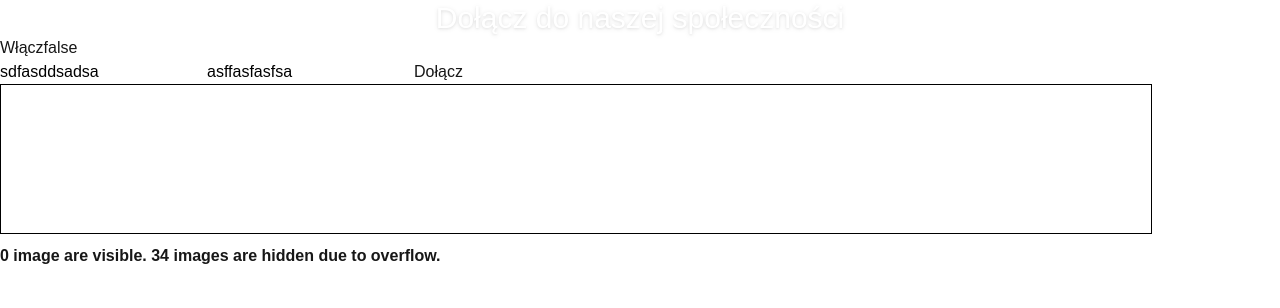
Repository: wesiudev/form-next-example
Page: /overflow-example
These files come from the project's save history. The page is drawn as it stood at one moment and after the next save; the edit follows.
The browser window is 1280 px wide. The pictures show the whole page.
The project was rebuilt for these pictures with package versions that can differ from the ones it lists, and the page was loaded fresh each time. The framework's server and built-in components were replaced by stand-ins that run in the browser. Also part of the build but not shown: next.config.mjs.

Above is the page before, as saved 2024-09-11 01:25:43.

### app/overflow-example/page.tsx
"use client";
import React, { useRef, useState, useEffect } from "react";

const OverflowingCats = () => {
  // Create a reference to the parent div
  const parentRef = useRef(null);

  // State to track how many images are hidden
  const [hiddenImages, setHiddenImages] = useState(0);
  const [visibleImages, setVisibleImages] = useState(0);

  // Array of random cat image URLs
  const catImages = [
    "https://cataas.com/cat",
    "https://cataas.com/cat",
    "https://cataas.com/cat",
    "https://cataas.com/cat",
    "https://cataas.com/cat",
    "https://cataas.com/cat",
    "https://cataas.com/cat",
    "https://cataas.com/cat",
    "https://cataas.com/cat",
    "https://cataas.com/cat",
    "https://cataas.com/cat",
    "https://cataas.com/cat",
    "https://cataas.com/cat",
    "https://cataas.com/cat",
    "https://cataas.com/cat",
    "https://cataas.com/cat",
    "https://cataas.com/cat",
    "https://cataas.com/cat",
    "https://cataas.com/cat",
    "https://cataas.com/cat",
    "https://cataas.com/cat",
    "https://cataas.com/cat",
    "https://cataas.com/cat",
    "https://cataas.com/cat",
    "https://cataas.com/cat",
    "https://cataas.com/cat",
    "https://cataas.com/cat",
    "https://cataas.com/cat",
    "https://cataas.com/cat",
    "https://cataas.com/cat",
    "https://cataas.com/cat",
    "https://cataas.com/cat",
    "https://cataas.com/cat",
    "https://cataas.com/cat",

    // Add more URLs as needed
  ];

  // Function to detect which images cause overflow
  const detectOverflow = () => {
    const parentElement: any = parentRef.current;
    if (parentElement) {
      const children: any = Array.from(parentElement.children);
      let hiddenCount = 0;
      let visibleCount = 0;

      // Loop through each image and detect if it's overflowing
      for (let i = 0; i < children.length; i++) {
        const img = children[i];

        // Check if the image's bottom or right edge is outside the parent
        if (
          img.offsetTop + img.offsetHeight > parentElement.clientHeight ||
          img.offsetLeft + img.offsetWidth > parentElement.clientWidth
        ) {
          hiddenCount = catImages.length - i;
          visibleCount = i;
          break;
        }
      }

      // If no overflow, all images are visible
      if (hiddenCount === 0) {
        visibleCount = catImages.length;
      }

      setHiddenImages(hiddenCount);
      setVisibleImages(visibleCount);
    }
  };

  // useEffect to detect overflow after rendering and when resizing
  useEffect(() => {
    detectOverflow(); // Run on mount

    // Handle window resize to recalculate
    const handleResize = () => {
      detectOverflow();
    };

    window.addEventListener("resize", handleResize);

    // Cleanup event listener on unmount
    return () => {
      window.removeEventListener("resize", handleResize);
    };
  }, []);

  return (
    <div>
      <div
        ref={parentRef}
        style={{
          width: "90%",
          height: "150px",
          overflow: "hidden",
          border: "1px solid black",
          display: "flex",
          flexWrap: "wrap",
        }}
      >
        {/* Render cat images */}
        {catImages.map((imgSrc, index) => (
          <>
            {index >= catImages.length - hiddenImages ? null : (
              <img
                key={index}
                src={imgSrc}
                alt={`Cat ${index}`}
                style={{
                  width: "150px",
                  height: "150px",
                  margin: "5px",
                }}
              />
            )}
          </>
        ))}
      </div>

      {/* Display number of visible and hidden images */}
      <div style={{ marginTop: "10px", fontWeight: "bold" }}>
        {visibleImages} image{visibleImages > 1 ? "s" : ""} are visible.{" "}
        {hiddenImages > 0 && (
          <>
            {hiddenImages} image{hiddenImages > 1 ? "s" : ""} are hidden due to
            overflow.
          </>
        )}
      </div>
    </div>
  );
};

export default OverflowingCats;

### components/Form.tsx
"use client";
import { useState } from "react";
type UserData = {
  fName: string;
  sName: string;
};
export default function Form() {
  const [userData, setUserData] = useState<UserData>({
    fName: "sdfasddsadsa",
    sName: "asffasfasfsa",
  });
  const [isOpen, setOpen] = useState<boolean>(false);
  function sendForm({ fName, sName }: UserData) {
    console.log(`imię: ${fName} nazwisko: ${sName}`);
  }
  return (
    <div>
      <h1 className="text-3xl w-max mx-auto text-white drop-shadow shadow-black">
        Dołącz do naszej społeczności
      </h1>
      <button onClick={() => setOpen(!isOpen)}>Włącz</button>
      {isOpen.toString()}
      <form
        onSubmit={(e: React.FormEvent<HTMLFormElement>) => {
          e.preventDefault();
          sendForm(userData);
        }}
      >
        <input
          className="text-black"
          type="text"
          value={userData.fName}
          onChange={(e: React.ChangeEvent<HTMLInputElement>) =>
            setUserData({ ...userData, fName: e.target.value })
          }
        />
        <input
          className="text-black"
          type="text"
          value={userData.sName}
          onChange={(e: React.ChangeEvent<HTMLInputElement>) =>
            setUserData({ ...userData, sName: e.target.value })
          }
        />
        <button type="submit">Dołącz</button>
      </form>
    </div>
  );
}

Loaded but not shown: app/layout.tsx (common file); app/globals.css (common file); tailwind.config.ts (common file)

After the next save:
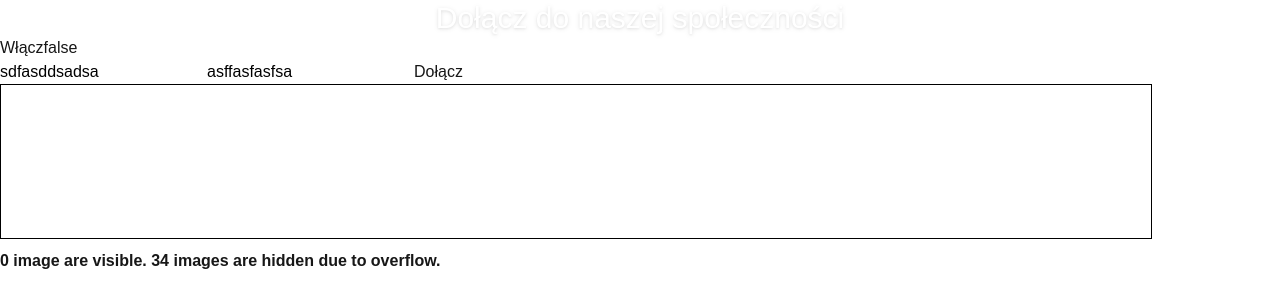
Saved 17 s later.
--- a/app/overflow-example/page.tsx
+++ b/app/overflow-example/page.tsx
@@ -105,7 +105,7 @@ const OverflowingCats = () => {
         ref={parentRef}
         style={{
           width: "90%",
-          height: "150px",
+          height: "155px",
           overflow: "hidden",
           border: "1px solid black",
           display: "flex",
